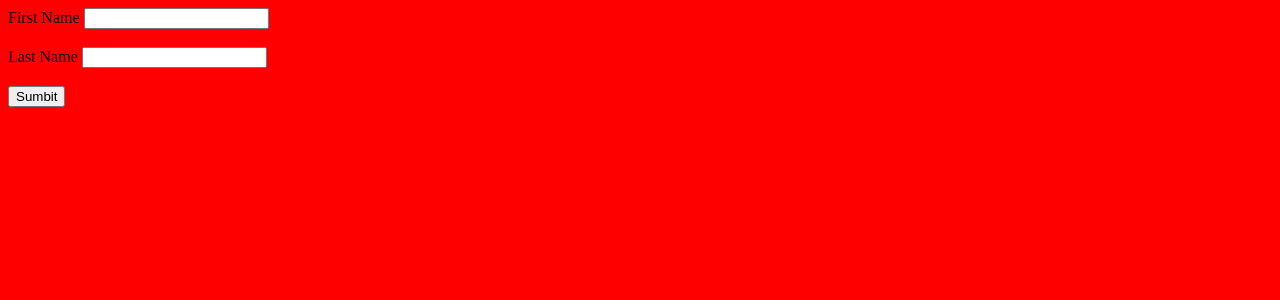
Repository: Fariaddd/codefactor-stylesheet
Page: index.html
An editor plug-in stored every save of this project. The page is shown before and after the next save, followed by the edit.
The browser window is 1280 px wide. The pictures show the whole page.

Above is the page before, as saved 2021-11-17 19:05:41.

After the next save:
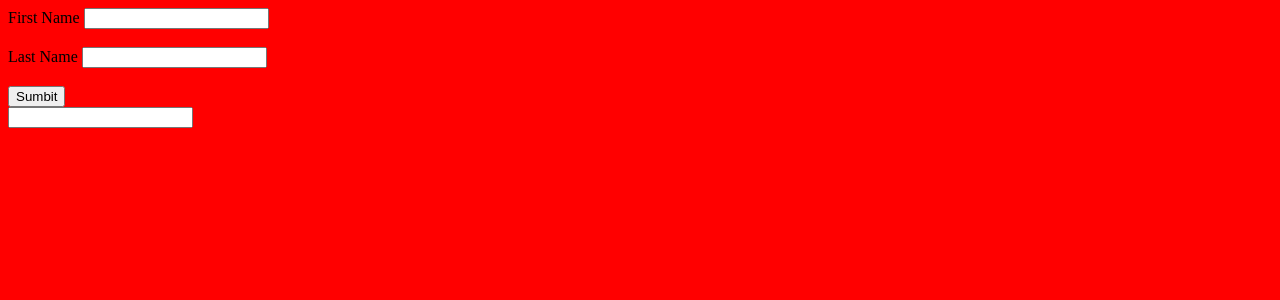
Saved 7 s later.
--- a/index.html
+++ b/index.html
@@ -17,7 +17,7 @@
     </form>
 
     <div>
-      <input type="hidden" />
+      <input type="email" />
     </div>
   </body>
 </html>
